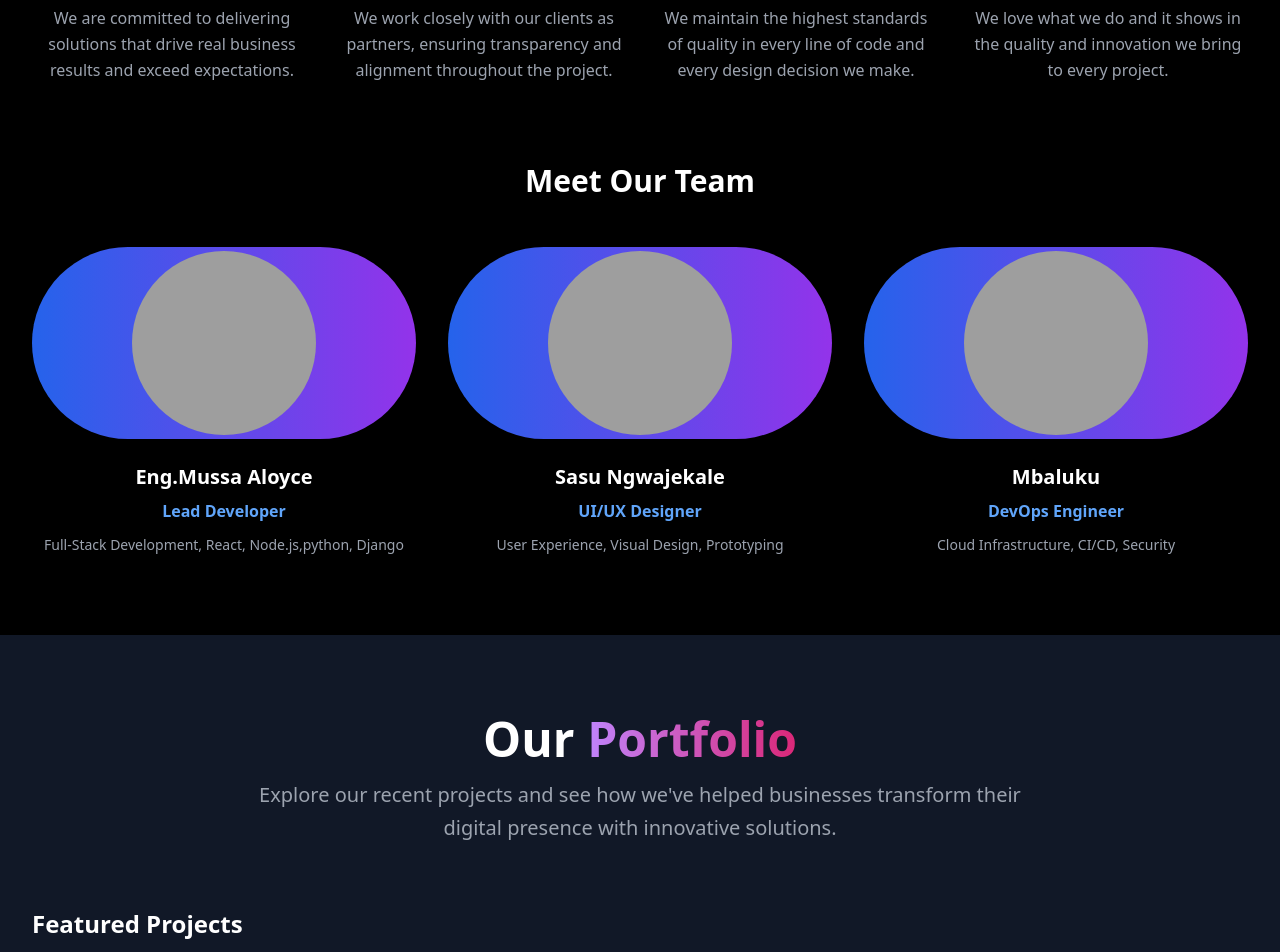
Repository: naza-webtech/nazawebtech.com
Page: /
The author's editor kept a copy of each file at every save. The page is drawn from the files as they stood at one save, then again after a run of saves.
The browser window is 1280 px wide. The pictures show the part of the page from y = 3937 to 4889 px (the page is 9097 px tall).
Pictures or frames that could not be fetched are drawn as grey boxes. The project was rebuilt for these pictures with package versions that can differ from the ones it lists, and the page was loaded fresh each time. Also part of the build but not shown: vite.config.ts.

Above is the page before, as saved 2025-11-14 09:20:59.

### index.html
<!doctype html>
<html lang="en">
  <head>
    <meta charset="UTF-8" />
    <link rel="icon" type="image/svg+xml" href="/vite.svg" />
    <meta name="viewport" content="width=device-width, initial-scale=1.0" />
    <title>NazaWebTech - Web Development & Digital Solutions</title>
    <meta name="description" content="Transform your business with innovative web development, mobile apps, and digital solutions. Expert team delivering cutting-edge technology solutions.">
    <meta name="keywords" content="web development, mobile apps, e-commerce, digital solutions, React, Next.js, technology consulting">
  </head>
  <body>
    <div id="root"></div>
    <script type="module" src="/src/main.tsx"></script>
  </body>
</html>

### src/App.tsx
import React from 'react';
import Header from './components/Header';
import Hero from './components/Hero';
import Services from './components/Services';
import About from './components/About';
import Portfolio from './components/Portfolio';
import Testimonials from './components/Testimonials';
import Contact from './components/Contact';
import Footer from './components/Footer';

function App() {
  return (
    <div className="bg-black">
      <Header />
      <Hero />
      <Services />
      <About />
      <Portfolio />
      <Testimonials />
      <Contact />
      <Footer />
    </div>
  );
}

export default App;

### src/components/Header.tsx
import React, { useState, useEffect } from 'react';
import { Menu, X, Code2 } from 'lucide-react';

const Header = () => {
  const [isMenuOpen, setIsMenuOpen] = useState(false);
  const [isScrolled, setIsScrolled] = useState(false);

  useEffect(() => {
    const handleScroll = () => {
      setIsScrolled(window.scrollY > 50);
    };
    window.addEventListener('scroll', handleScroll);
    return () => window.removeEventListener('scroll', handleScroll);
  }, []);

  const navItems = [
    { label: 'Home', href: '#home' },
    { label: 'Services', href: '#services' },
    { label: 'About', href: '#about' },
    { label: 'Portfolio', href: '#portfolio' },
    { label: 'Contact', href: '#contact' },
  ];

  const scrollToSection = (href: string) => {
    const element = document.querySelector(href);
    if (element) {
      element.scrollIntoView({ behavior: 'smooth' });
      setIsMenuOpen(false);
    }
  };

  return (
    <header className={`fixed top-0 left-0 right-0 z-50 transition-all duration-300 ${
      isScrolled ? 'bg-gray-900/95 backdrop-blur-md shadow-lg' : 'bg-transparent'
    }`}>
      <div className="max-w-7xl mx-auto px-4 sm:px-6 lg:px-8">
        <div className="flex items-center justify-between h-16">
          <div className="flex items-center space-x-2">
            <Code2 className="h-8 w-8 text-blue-500" />
            <span className="text-xl font-bold text-white">NazaWebTech</span>
          </div>

          <nav className="hidden md:flex items-center space-x-8">
            {navItems.map((item) => (
              <button
                key={item.label}
                onClick={() => scrollToSection(item.href)}
                className="text-gray-300 hover:text-white transition-colors duration-200 font-medium"
              >
                {item.label}
              </button>
            ))}
            <button
              onClick={() => scrollToSection('#contact')}
              className="bg-blue-600 hover:bg-blue-700 text-white px-6 py-2 rounded-full transition-colors duration-200 font-medium"
            >
              Get Started
            </button>
          </nav>

          <button
            className="md:hidden text-white"
            onClick={() => setIsMenuOpen(!isMenuOpen)}
          >
            {isMenuOpen ? <X size={24} /> : <Menu size={24} />}
          </button>
        </div>

        {/* Mobile menu */}
        {isMenuOpen && (
          <div className="md:hidden bg-gray-900/95 backdrop-blur-md rounded-lg mt-2 p-4">
            {navItems.map((item) => (
              <button
                key={item.label}
                onClick={() => scrollToSection(item.href)}
                className="block w-full text-left text-gray-300 hover:text-white py-2 transition-colors duration-200"
              >
                {item.label}
              </button>
            ))}
            <button
              onClick={() => scrollToSection('#contact')}
              className="w-full bg-blue-600 hover:bg-blue-700 text-white px-6 py-2 rounded-full transition-colors duration-200 mt-4"
            >
              Get Started
            </button>
          </div>
        )}
      </div>
    </header>
  );
};

export default Header;

### src/components/Hero.tsx
import React from 'react';
import { ArrowRight, Play } from 'lucide-react';

const Hero = () => {
  const scrollToSection = (href: string) => {
    const element = document.querySelector(href);
    if (element) {
      element.scrollIntoView({ behavior: 'smooth' });
    }
  };

  return (
    <section id="home" className="relative min-h-screen flex items-center justify-center overflow-hidden">
      {/* Background */}
      <div className="absolute inset-0 bg-gradient-to-br from-gray-900 via-gray-800 to-black">
        <div className="absolute inset-0 bg-[url('https://images.pexels.com/photos/546819/pexels-photo-546819.jpeg')] bg-cover bg-center opacity-10"></div>
        <div className="absolute inset-0 bg-gradient-to-r from-blue-600/20 to-purple-600/20"></div>
      </div>

      {/* Animated particles */}
      <div className="absolute inset-0">
        {[...Array(20)].map((_, i) => (
          <div
            key={i}
            className="absolute w-2 h-2 bg-blue-500 rounded-full opacity-30 animate-pulse"
            style={{
              left: `${Math.random() * 100}%`,
              top: `${Math.random() * 100}%`,
              animationDelay: `${Math.random() * 3}s`,
              animationDuration: `${2 + Math.random() * 3}s`,
            }}
          />
        ))}
      </div>

      <div className="relative z-10 max-w-7xl mx-auto px-4 sm:px-6 lg:px-8 text-center">
        <div className="max-w-4xl mx-auto">
          <h1 className="text-5xl md:text-7xl font-bold text-white mb-6 leading-tight">
            <span className="bg-gradient-to-r from-blue-400 to-purple-600 bg-clip-text text-transparent">
              Crafting
            </span>{' '}
            Digital Excellence
          </h1>

          <p className="text-xl md:text-2xl text-gray-300 mb-8 leading-relaxed max-w-3xl mx-auto">
            We transform your vision into powerful digital experiences through cutting-edge web development,
            innovative design, and strategic technology solutions.
          </p>

          <div className="flex flex-col sm:flex-row items-center justify-center gap-4 mb-12">
            <button
              onClick={() => scrollToSection('#services')}
              className="group bg-blue-600 hover:bg-blue-700 text-white px-8 py-4 rounded-full font-semibold transition-all duration-300 transform hover:scale-105 hover:shadow-xl flex items-center gap-2"
            >
              Explore Our Services
              <ArrowRight className="w-5 h-5 group-hover:translate-x-1 transition-transform duration-300" />
            </button>

            <button
              onClick={() => scrollToSection('#portfolio')}
              className="group bg-transparent border-2 border-white text-white hover:bg-white hover:text-gray-900 px-8 py-4 rounded-full font-semibold transition-all duration-300 flex items-center gap-2"
            >
              <Play className="w-5 h-5" />
              View Our Work
            </button>
          </div>

          <div className="grid grid-cols-1 md:grid-cols-3 gap-8 mt-16">
            <div className="text-center">
              <div className="text-4xl font-bold text-blue-400 mb-2">50+</div>
              <div className="text-gray-400">Projects Completed</div>
            </div>
            <div className="text-center">
              <div className="text-4xl font-bold text-emerald-400 mb-2">5+</div>
              <div className="text-gray-400">Years Experience</div>
            </div>
            <div className="text-center">
              <div className="text-4xl font-bold text-orange-400 mb-2">100%</div>
              <div className="text-gray-400">Client Satisfaction</div>
            </div>
          </div>
        </div>
      </div>

      {/* Scroll indicator */}
      <div className="absolute bottom-8 left-1/2 transform -translate-x-1/2 animate-bounce">
        <div className="w-6 h-10 border-2 border-white rounded-full flex justify-center">
          <div className="w-1 h-3 bg-white rounded-full mt-2 animate-pulse"></div>
        </div>
      </div>
    </section>
  );
};

export default Hero;

### src/components/About.tsx
import React from 'react';
import { Users, Award, Target, Heart } from 'lucide-react';

const About = () => {
  const values = [
    {
      icon: <Target className="w-6 h-6" />,
      title: 'Mission-Driven',
      description: 'We are committed to delivering solutions that drive real business results and exceed expectations.'
    },
    {
      icon: <Users className="w-6 h-6" />,
      title: 'Collaborative',
      description: 'We work closely with our clients as partners, ensuring transparency and alignment throughout the project.'
    },
    {
      icon: <Award className="w-6 h-6" />,
      title: 'Excellence',
      description: 'We maintain the highest standards of quality in every line of code and every design decision we make.'
    },
    {
      icon: <Heart className="w-6 h-6" />,
      title: 'Passionate',
      description: 'We love what we do and it shows in the quality and innovation we bring to every project.'
    }
  ];

  const team = [
    {
      name: 'Eng.Mussa Aloyce',
      role: 'Lead Developer',
      image: 'p',
      expertise: 'Full-Stack Development, React, Node.js,python, Django'
    },
    {
      name: 'Sasu Ngwajekale',
      role: 'UI/UX Designer',
      image: 'https://images.pexels.com/photos/774909/pexels-photo-774909.jpeg',
      expertise: 'User Experience, Visual Design, Prototyping'
    },
    {
      name: 'Mbaluku ',
      role: 'DevOps Engineer',
      image: 'https://images.pexels.com/photos/697509/pexels-photo-697509.jpeg',
      expertise: 'Cloud Infrastructure, CI/CD, Security'
    }
  ];

  return (
    <section id="about" className="py-20 bg-black">
      <div className="max-w-7xl mx-auto px-4 sm:px-6 lg:px-8">
        <div className="text-center mb-16">
          <h2 className="text-4xl md:text-5xl font-bold text-white mb-4">
            About <span className="bg-gradient-to-r from-emerald-400 to-blue-600 bg-clip-text text-transparent">NazaWebTech</span>
          </h2>
          <p className="text-xl text-gray-400 max-w-3xl mx-auto leading-relaxed">
            We're a passionate team of developers, designers, and strategists dedicated to creating
            exceptional digital experiences that drive business growth.
          </p>
        </div>

        <div className="grid grid-cols-1 lg:grid-cols-2 gap-16 items-center mb-20">
          <div>
            <h3 className="text-3xl font-bold text-white mb-6">Our Story</h3>
            <p className="text-gray-300 mb-6 leading-relaxed">
              Founded in 2019, NazaWebTech began as a vision to bridge the gap between cutting-edge
              technology and business success. We've grown from a small startup to a trusted partner
              for businesses ranging from startups to enterprise corporations.
            </p>
            <p className="text-gray-300 mb-6 leading-relaxed">
              Our approach combines technical expertise with deep business understanding, ensuring
              that every solution we create not only works flawlessly but also drives measurable
              results for our clients.
            </p>
            <div className="flex items-center space-x-8">
              <div>
                <div className="text-2xl font-bold text-emerald-400">50+</div>
                <div className="text-gray-400 text-sm">Happy Clients</div>
              </div>
              <div>
                <div className="text-2xl font-bold text-blue-400">100+</div>
                <div className="text-gray-400 text-sm">Projects</div>
              </div>
              <div>
                <div className="text-2xl font-bold text-orange-400">5+</div>
                <div className="text-gray-400 text-sm">Years</div>
              </div>
            </div>
          </div>

          <div className="relative">
            <div className="absolute inset-0 bg-gradient-to-r from-blue-600 to-purple-600 rounded-2xl transform rotate-3"></div>
            <img
              src="https://images.pexels.com/photos/3183150/pexels-photo-3183150.jpeg"
              alt="Team working"
              className="relative rounded-2xl w-full h-96 object-cover"
            />
          </div>
        </div>

        <div className="mb-20">
          <h3 className="text-3xl font-bold text-white text-center mb-12">Our Values</h3>
          <div className="grid grid-cols-1 md:grid-cols-2 lg:grid-cols-4 gap-8">
            {values.map((value, index) => (
              <div key={index} className="text-center">
                <div className="bg-gradient-to-r from-blue-600 to-purple-600 w-12 h-12 rounded-full flex items-center justify-center mx-auto mb-4 text-white">
                  {value.icon}
                </div>
                <h4 className="text-xl font-bold text-white mb-3">{value.title}</h4>
                <p className="text-gray-400 leading-relaxed">{value.description}</p>
              </div>
            ))}
          </div>
        </div>

        <div>
          <h3 className="text-3xl font-bold text-white text-center mb-12">Meet Our Team</h3>
          <div className="grid grid-cols-1 md:grid-cols-3 gap-8">
            {team.map((member, index) => (
              <div key={index} className="group text-center">
                <div className="relative mb-6">
                  <div className="absolute inset-0 bg-gradient-to-r from-blue-600 to-purple-600 rounded-full transform group-hover:scale-105 transition-transform duration-300"></div>
                  <img
                    src={member.image}
                    alt={member.name}
                    className="relative w-48 h-48 rounded-full object-cover mx-auto p-1"
                  />
                </div>
                <h4 className="text-xl font-bold text-white mb-2">{member.name}</h4>
                <p className="text-blue-400 font-semibold mb-3">{member.role}</p>
                <p className="text-gray-400 text-sm">{member.expertise}</p>
              </div>
            ))}
          </div>
        </div>
      </div>
    </section>
  );
};

export default About;

### src/components/Testimonials.tsx
import React from 'react';
import { Star, Quote } from 'lucide-react';

const Testimonials = () => {
  const testimonials = [
    {
      name: 'M',
      role: 'CEO, TechStart Inc.',
      image: 'https://images.pexels.com/photos/415829/pexels-photo-415829.jpeg',
      content: 'NazaWebTech transformed our outdated website into a modern, high-performing platform that increased our conversions by 200%. Their attention to detail and technical expertise is unmatched.',
      rating: 5
    },
    {
      name: 'David Kim',
      role: 'Founder, EcoCommerce',
      image: 'https://images.pexels.com/photos/1222271/pexels-photo-1222271.jpeg',
      content: 'Working with NazaWebTech was a game-changer for our e-commerce business. They delivered a scalable solution that handles our peak traffic seamlessly. Highly recommended!',
      rating: 5
    },
    {
      name: 'Maria Santos',
      role: 'CTO, HealthTech Solutions',
      image: 'https://images.pexels.com/photos/733872/pexels-photo-733872.jpeg',
      content: 'The team\'s expertise in healthcare technology and compliance requirements was impressive. They delivered a HIPAA-compliant platform that exceeds all our expectations.',
      rating: 5
    },
    {
      name: 'Robert Chen',
      role: 'Director, Financial Services',
      image: 'https://images.pexels.com/photos/1043471/pexels-photo-1043471.jpeg',
      content: 'Security and performance were our top priorities, and NazaWebTech delivered on both fronts. Our mobile app has been running flawlessly with zero security incidents.',
      rating: 5
    }
  ];

  return (
    <section className="py-20 bg-black">
      <div className="max-w-7xl mx-auto px-4 sm:px-6 lg:px-8">
        <div className="text-center mb-16">
          <h2 className="text-4xl md:text-5xl font-bold text-white mb-4">
            What Our <span className="bg-gradient-to-r from-yellow-400 to-orange-600 bg-clip-text text-transparent">Clients Say</span>
          </h2>
          <p className="text-xl text-gray-400 max-w-3xl mx-auto leading-relaxed">
            Don't just take our word for it. Here's what our clients have to say about
            working with NazaWebTech.
          </p>
        </div>

        <div className="grid grid-cols-1 md:grid-cols-2 gap-8">
          {testimonials.map((testimonial, index) => (
            <div
              key={index}
              className="group bg-gray-900/50 backdrop-blur-sm rounded-2xl p-8 border border-gray-700/50 hover:border-yellow-500/50 transition-all duration-300 hover:transform hover:scale-105 hover:shadow-2xl relative"
            >
              <Quote className="absolute top-6 right-6 w-8 h-8 text-yellow-500/20" />

              <div className="flex items-center mb-6">
                <img
                  src={testimonial.image}
                  alt={testimonial.name}
                  className="w-16 h-16 rounded-full object-cover mr-4"
                />
                <div>
                  <h4 className="text-xl font-bold text-white">{testimonial.name}</h4>
                  <p className="text-gray-400">{testimonial.role}</p>
                </div>
              </div>

              <div className="flex mb-4">
                {[...Array(testimonial.rating)].map((_, starIndex) => (
                  <Star key={starIndex} className="w-5 h-5 text-yellow-500 fill-current" />
                ))}
              </div>

              <p className="text-gray-300 leading-relaxed italic">
                "{testimonial.content}"
              </p>
            </div>
          ))}
        </div>

        <div className="text-center mt-16">
          <div className="inline-flex items-center space-x-8 bg-gray-900/50 rounded-full px-8 py-4 border border-gray-700/50">
            <div className="text-center">
              <div className="text-2xl font-bold text-yellow-400">4.9/5</div>
              <div className="text-gray-400 text-sm">Average Rating</div>
            </div>
            <div className="w-px h-12 bg-gray-700"></div>
            <div className="text-center">
              <div className="text-2xl font-bold text-yellow-400">50+</div>
              <div className="text-gray-400 text-sm">Happy Clients</div>
            </div>
            <div className="w-px h-12 bg-gray-700"></div>
            <div className="text-center">
              <div className="text-2xl font-bold text-yellow-400">100%</div>
              <div className="text-gray-400 text-sm">Satisfaction</div>
            </div>
          </div>
        </div>
      </div>
    </section>
  );
};

export default Testimonials;

Loaded but not shown: src/main.tsx (common file); src/index.css (common file); tailwind.config.js (common file); src/components/Portfolio.tsx (201 lines, source omitted); src/components/Contact.tsx (201 lines, source omitted); src/components/Services.tsx (136 lines, source omitted); src/components/Footer.tsx (142 lines, source omitted)

After the next 4 saves:
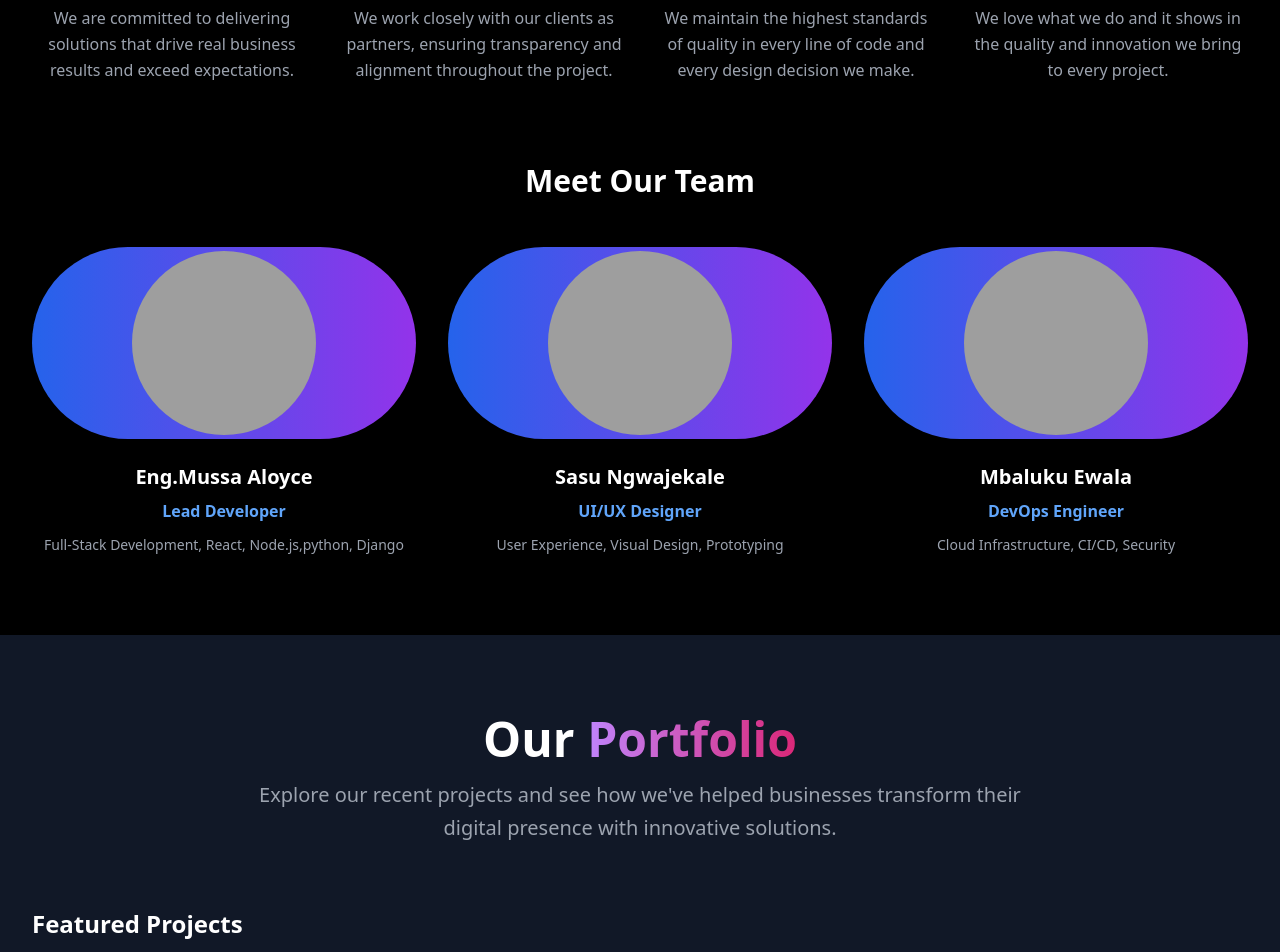
The 4 saves are shown as one change because they came seconds apart.
The last was saved 49 s later.
--- a/src/components/About.tsx
+++ b/src/components/About.tsx
@@ -39,7 +39,7 @@ const About = () => {
       expertise: 'User Experience, Visual Design, Prototyping'
     },
     {
-      name: 'Mbaluku ',
+      name: 'Mbaluku Ewala',
       role: 'DevOps Engineer',
       image: 'https://images.pexels.com/photos/697509/pexels-photo-697509.jpeg',
       expertise: 'Cloud Infrastructure, CI/CD, Security'
